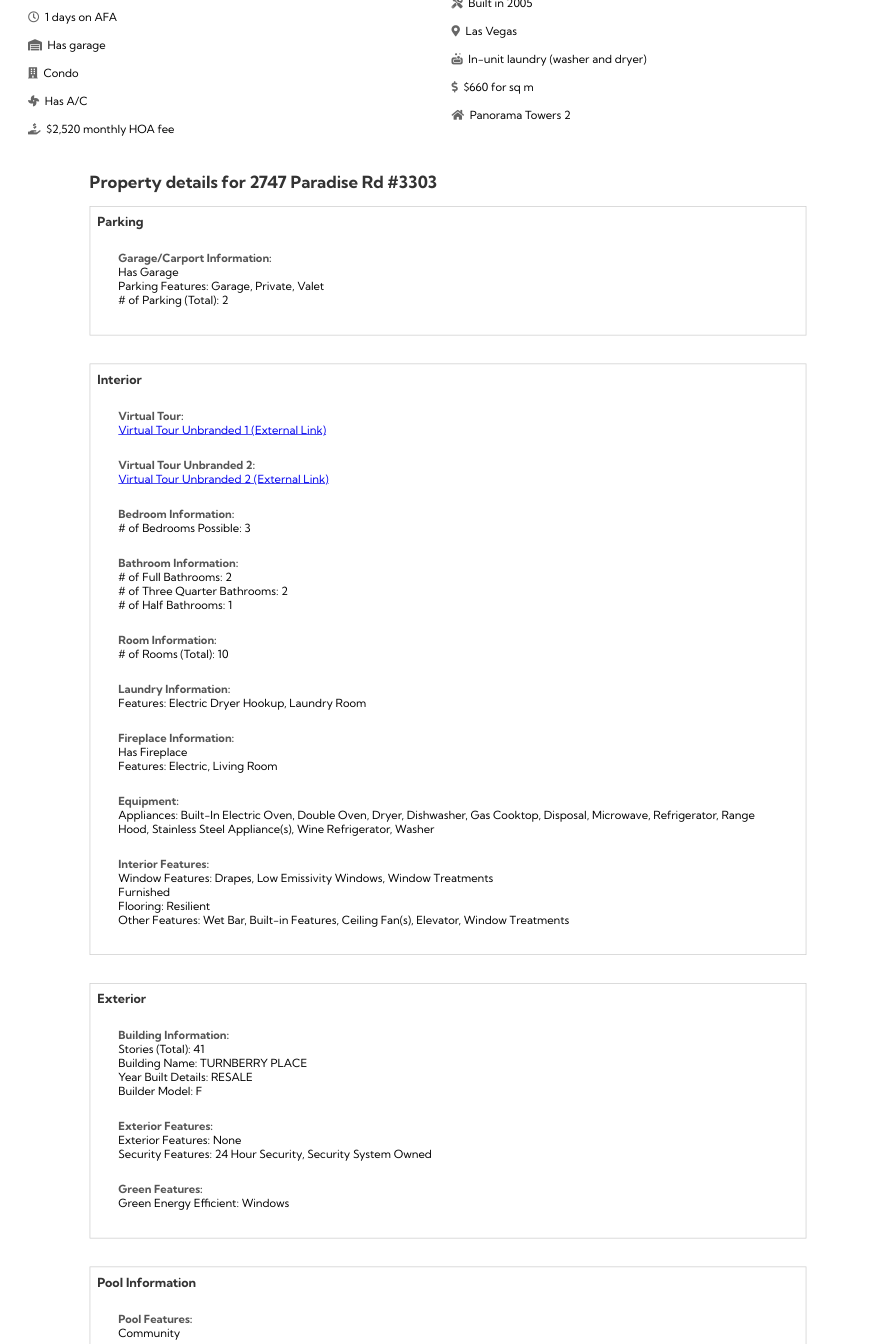
Repository: MrAllin1/ProgWWW_23_Gr1
Page: pages/Apartment8.html
The author's editor kept a copy of each file at every save. The page is drawn from the files as they stood at one save, then again after the next save.
The browser window is 1280 px wide. The pictures show the part of the page from y = 936 to 2856 px (the page is 4510 px tall before and 4450 px after), at 70% of full size.
A picture or video elsewhere on the page could not be fetched, so the positions and the page height are approximate. Some web libraries are served in a nearby version.

Above is the page before, as saved 2024-01-11 13:55:03.

### pages/Apartment8.html
<!DOCTYPE html>
<html lang="en">
<head>
    <meta charset="UTF-8">
    <meta name="viewport" content="width=device-width, initial-scale=1.0">
    <link rel="stylesheet" type="text/css" href="../pages/stylesForHouse.css">
    <script src="https://kit.fontawesome.com/186711ed6a.js" crossorigin="anonymous"></script>
    <link rel="preconnect" href="https://fonts.googleapis.com">
    <link rel="preconnect" href="https://fonts.gstatic.com" crossorigin>
    <link href="https://fonts.googleapis.com/css2?family=Kumbh+Sans:wght@400;700&display=swap" rel="stylesheet">
    <link rel="stylesheet" href="https://cdnjs.cloudflare.com/ajax/libs/font-awesome/5.15.1/css/all.min.css">
    <title>Apartment on Miami</title>
</head>
<body>
    <nav class="navbar">
        <div class="navbar_container">
            <a href="/" id="navbar_logo"> <i class="fas fa-house-flag"></i>AFA</a>
            <div class="navbar_toggle" id="mobile-menu">
                <span class="bar"></span>
                <span class="bar"></span>
                <span class="bar"></span>
            </div>
            <ul class="navbar_menu">
                <li class="navbar_item">
                    <a href="#home" class="navbar_link">Home</a>
                </li>
                <li class="navbar_item">
                    <a href="#services" class="navbar_link">Services</a>
                </li>
                <li class="navbar_item">
                    <a href="/pages/BuyRent.html" class="navbar_link">Buy/Rent</a>
                </li>
                <li class="navbar_item">
                    <a href="/pages/sell.html" class="navbar_link">Sell</a>
                </li>
                <li class="navbar_btn">
                    <a href="/pages/signUp.html" class="button">Sign Up</a>
                </li>
            </ul>
        </div>
    </nav>
    <div class="gallery-container">
        <h1>Welcome to the Miami, FL 33132 Apartment</h1> </br>
        <a href="https://www.google.com/maps?q=900+Biscayne+Blvd+Ph+6301,+Miami,+FL+33132" target="_blank" class="services_link">900 Biscayne Blvd Ph 6301, Miami, FL 33132</a>
        <p>$3,300,000</p>
        <span>297 square meters</span>
        <div class="gallery">
            <img src="/images/Apartment_8/item_1.jpg" alt="Image 1" />
            <img src="/images/Apartment_8/item_2.jpg" alt="Image 2" />
            <img src="/images/Apartment_8/item_3.jpg" alt="Image 3" />
            <img src="/images/Apartment_8/item_4.jpg" alt="Image 4" />
            <img src="/images/Apartment_8/item_5.jpg" alt="Image 5" />
            <img src="/images/Apartment_8/item_6.jpg" alt="Image 6" />
            <img src="/images/Apartment_8/item_7.jpg" alt="Image 7" />
            <img src="/images/Apartment_8/item_8.jpg" alt="Image 8" />
            <img src="/images/Apartment_8/item_9.jpg" alt="Image 9" />
            <img src="/images/Apartment_8/item_10.jpg" alt="Image 10" />
            <img src="/images/Apartment_8/item_11.jpg" alt="Image 11" />
            <img src="/images/Apartment_8/item_12.jpg" alt="Image 12" />
            <img src="/images/Apartment_8/item_13.jpg" alt="Image 13" />
            <img src="/images/Apartment_8/item_14.jpg" alt="Image 14" />
            <img src="/images/Apartment_8/item_15.jpg" alt="Image 15" />
            <img src="/images/Apartment_8/item_16.jpg" alt="Image 16" />
            <img src="/images/Apartment_8/item_17.jpg" alt="Image 17" />
            <img src="/images/Apartment_8/item_18.jpg" alt="Image 18" />
            <img src="/images/Apartment_8/item_19.jpg" alt="Image 19" />
            <img src="/images/Apartment_8/item_20.jpg" alt="Image 20" />
        </div>

          <button class="arrow-button left">&#8249;</button>
          <button class="arrow-button right">&#8250;</button>
          <p><strong> About this home </strong></br> Elevate your living with this true Penthouse, offering unparalleled panoramic views of the bay, ocean, and city from every room. This exquisite 4-bed, 4.5-bath plus a maids quarter residence is an entertainer's dream, featuring a sprawling wrap-around terrace perfect for enjoying the breathtaking scenery. Located in the heart of Downtown Miami with upscale shops, and fine dining, Miami Arena, and Perez Art Museum. This high-rise offers top-notch amenities, such as multiple pools, a rejuvenating spa, a state-of-the-art fitness center, convenient grill stations, and even a theater for private screenings. Experience the pinnacle of elevated living in Downtown Miami. With just a short distance to South Beach and Miami International Airport, this is the epitome of sophisticated city living.</p>
    </div>
</br>
    <div class="property-features">
      <div class="feature">
        <i class="far fa-clock"></i> 1 days on AFA
      </div>
      <div class="feature">
        <i class="fas fa-warehouse"></i> Has garage
      </div>
      <div class="feature">
        <i class="fas fa-building"></i> Condo
      </div>
      <div class="feature">
        <i class="fas fa-fan"></i> Has A/C
      </div>
      <div class="feature">
        <i class="fas fa-hand-holding-usd"></i> $2,520 monthly HOA fee
      </div>
      <div class="feature">
        <i class="fas fa-tools"></i> Built in 2005
      </div>
      <div class="feature">
        <i class="fas fa-map-marker-alt"></i> Las Vegas
      </div>
      <div class="feature">
        <i class="fas fa-soap"></i>In-unit laundry (washer and dryer)
      </div>
      <div class="feature">
        <i class="fas fa-dollar-sign"></i> $660 for sq m
    </div>
      <div class="feature">
        <i class="fas fa-home"></i> Panorama Towers 2
      </div>
    </div>

    <div class="container">
        <h1>Property details for 2747 Paradise Rd #3303</h1>

        <!-- Parking Section -->
        <div class="details">
            <div class="section">
                <h2>Parking</h2>
                <ul>
                    <li>
                        <strong>Garage/Carport Information:</strong><br>
                        Has Garage<br>
                        Parking Features: Garage, Private, Valet<br>
                        # of Parking (Total): 2
                    </li>
                </ul>
            </div>
        </div>

        <!-- Interior Section -->
        <div class="details">
            <div class="section">
                <h2>Interior</h2>
                <ul>
                    <li><strong>Virtual Tour:</strong><br><a href="VirtualTourURLUnbranded1" target="_blank" rel="noopener noreferrer">Virtual Tour Unbranded 1 (External Link)</a></li>
                    <li><strong>Virtual Tour Unbranded 2:</strong><br><a href="VirtualTourURLUnbranded2" target="_blank" rel="noopener noreferrer">Virtual Tour Unbranded 2 (External Link)</a></li>
                    <li><strong>Bedroom Information:</strong><br># of Bedrooms Possible: 3</li>
                    <li><strong>Bathroom Information:</strong><br># of Full Bathrooms: 2<br># of Three Quarter Bathrooms: 2<br># of Half Bathrooms: 1</li>
                    <li><strong>Room Information:</strong><br># of Rooms (Total): 10</li>
                    <li><strong>Laundry Information:</strong><br>Features: Electric Dryer Hookup, Laundry Room</li>
                    <li><strong>Fireplace Information:</strong><br>Has Fireplace<br>Features: Electric, Living Room</li>
                    <li><strong>Equipment:</strong><br>Appliances: Built-In Electric Oven, Double Oven, Dryer, Dishwasher, Gas Cooktop, Disposal, Microwave, Refrigerator, Range Hood, Stainless Steel Appliance(s), Wine Refrigerator, Washer</li>
                    <li><strong>Interior Features:</strong><br>Window Features: Drapes, Low Emissivity Windows, Window Treatments<br>Furnished<br>Flooring: Resilient<br>Other Features: Wet Bar, Built-in Features, Ceiling Fan(s), Elevator, Window Treatments</li>
                </ul>
            </div>
        </div>

        <!-- Exterior Section -->
        <div class="details">
            <div class="section">
                <h2>Exterior</h2>
                <ul>
                    <li><strong>Building Information:</strong><br>Stories (Total): 41<br>Building Name: TURNBERRY PLACE<br>Year Built Details: RESALE<br>Builder Model: F</li>
                    <li><strong>Exterior Features:</strong><br>Exterior Features: None<br>Security Features: 24 Hour Security, Security System Owned</li>
                    <li><strong>Green Features:</strong><br>Green Energy Efficient: Windows</li>
                </ul>
            </div>
        </div>

        <!-- Pool Information -->
        <div class="details">
            <div class="section">
                <h2>Pool Information</h2>
                <ul>
                    <li><strong>Pool Features:</strong><br>Community</li>
                </ul>
            </div>
        </div>

        <!-- Property Information -->
        <div class="details">
            <div class="section">
                <h2>Property Information</h2>
                <ul>
                    <li><strong>Has View</strong><br>Entry Level: 33<br>Resale</li>
                </ul>
            </div>
        </div>

        <!-- Financial Section -->
        <div class="details">
            <div class="section">
                <h2>Financial</h2>
                <ul>
                    <li><strong>Tax Information:</strong><br>Annual Amount: $13,725</li>
                </ul>
            </div>
        </div>

        <!-- Utilities Section -->
        <div class="details">
            <div class="section">
                <h2>Utilities</h2>
                <ul>
                    <li><strong>Utility Information:</strong><br>Utilities: Cable Available</li>
                </ul>
            </div>
        </div>

        <!-- Heating & Cooling Section -->
        <div class="details">
            <div class="section">
                <h2>Heating & Cooling</h2>
                <ul>
                    <li><strong>Has Cooling</strong><br>Cooling: Electric, High Efficiency</li>
                    <li><strong>Has Heating</strong><br>Heating: Central, Gas</li>
                </ul>
            </div>
        </div>
    </div>



      <div class="container">
        <h1>About climate risks</h1>
        <p>Climate risks have some of natural disasters and may be impacted by climate change due to rising temperatures and sea levels.</p>

        <div class="risk-factor" id="floodRisk">
            <h2>Flood Factor</h2>
            <p>Unlikely to flood in next 50 years.</p>
        </div>

        <div class="risk-factor" id="fireRisk">
            <h2>Fire Factor</h2>
            <p>Unlikely to be in a wildfire in next 50 years.</p>
        </div>

        <div class="risk-factor" id="heatRisk">
            <h2>Heat Factor</h2>
            <p>7 days above 99° expected this year, 14 days in 30 years.</p>
        </div>
    </div>
    <div class="footer_container">
        <div class="footer_links">
            <div class="footer_link-wrapper">
                <div class="footer_link-items">
                    <h2>About Us</h2>
                    <a href="/">How it works</a>
                    <a href="/">Testimonials</a>
                    <a href="/">Careers</a>
                    <a href="/">Terms of Service</a>
                </div>
                <div class="footer_link-items">
                    <h2>Contact Us</h2>
                    <a href="/">Contact</a>
                    <a href="/">Support</a>
                    <a href="/">Thro Gmail</a>
                    <a href="/">Phone number</a>
                </div>
            </div>
            <div class="footer_link-wrapper">
                <div class="footer_link-items">
                    <h2>Partners</h2>
                    <a href="/">A RealEstate</a>
                    <a href="/">B RealEstate</a>
                    <a href="/">C RealEstate</a>
                    <a href="/">D RealEstate</a>
                </div>
                <div class="footer_link-items">
                    <h2>Social media</h2>
                    <a href="https://www.instagram.com" target="_blank">Instagram</a>
                    <a href="https://www.facebook.com" target="_blank">Facebook</a>
                    <a href="https://www.linkedin.com" target="_blank">LinkedIn</a>
                    <a href="https://www.twitter.com" target="_blank">Twitter</a>
                </div>
            </div>
        </div>
        <div class="social_media">
            <div class="social_media-wrap">
                <div class="footer_logo">
                    <a href="/" id="footer_logo"> <i class="fas fa-house-flag"></i>AFA</a>
                </div>
                <p class="website_rights">AFA © 2023.All rights reserved</p>
                <div class="social_icons">
                    <a href="/" class="social_icon_link" target="_blank"><i class="fab fa-facebook"></i></a>
                    <a href="https://www.instagram.com" class="social_icon_link" target="_blank"><i class="fab fa-instagram"></i></a>
                    <a href="https://www.facebook.com" class="social_icon_link" target="_blank"><i class="fab fa-youtube"></i></a>
                    <a href="https://www.twitter.com" class="social_icon_link" target="_blank"><i class="fab fa-twitter"></i></a>
                    <a href="https://www.linkedin.com" class="social_icon_link" target="_blank"><i class="fab fa-linkedin"></i></a>
                </div>
            </div>
        </div>
    </div>

    <script src="../app.js"></script>

</body>
</html>

Loaded but not shown: app.js (155 lines, source omitted); pages/stylesForHouse.css (778 lines, source omitted)

After the next save:
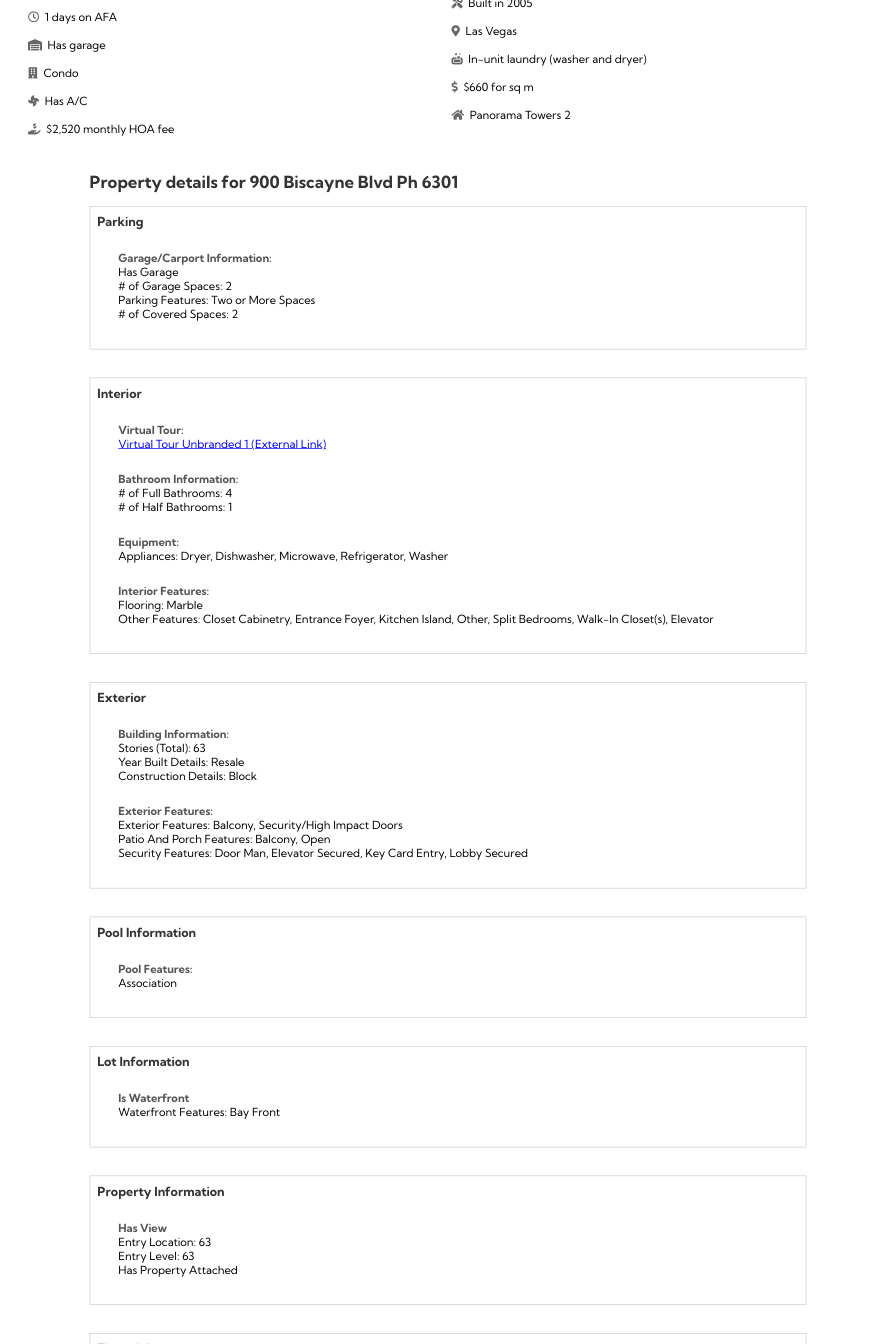
Saved 70 s later.
--- a/pages/Apartment8.html
+++ b/pages/Apartment8.html
@@ -106,7 +106,7 @@
     </div>
 
     <div class="container">
-        <h1>Property details for 2747 Paradise Rd #3303</h1>
+        <h1>Property details for 900 Biscayne Blvd Ph 6301</h1>
 
         <!-- Parking Section -->
         <div class="details">
@@ -116,8 +116,9 @@
                     <li>
                         <strong>Garage/Carport Information:</strong><br>
                         Has Garage<br>
-                        Parking Features: Garage, Private, Valet<br>
-                        # of Parking (Total): 2
+                        # of Garage Spaces: 2<br>
+                        Parking Features: Two or More Spaces<br>
+                        # of Covered Spaces: 2
                     </li>
                 </ul>
             </div>
@@ -128,15 +129,10 @@
             <div class="section">
                 <h2>Interior</h2>
                 <ul>
-                    <li><strong>Virtual Tour:</strong><br><a href="VirtualTourURLUnbranded1" target="_blank" rel="noopener noreferrer">Virtual Tour Unbranded 1 (External Link)</a></li>
-                    <li><strong>Virtual Tour Unbranded 2:</strong><br><a href="VirtualTourURLUnbranded2" target="_blank" rel="noopener noreferrer">Virtual Tour Unbranded 2 (External Link)</a></li>
-                    <li><strong>Bedroom Information:</strong><br># of Bedrooms Possible: 3</li>
-                    <li><strong>Bathroom Information:</strong><br># of Full Bathrooms: 2<br># of Three Quarter Bathrooms: 2<br># of Half Bathrooms: 1</li>
-                    <li><strong>Room Information:</strong><br># of Rooms (Total): 10</li>
-                    <li><strong>Laundry Information:</strong><br>Features: Electric Dryer Hookup, Laundry Room</li>
-                    <li><strong>Fireplace Information:</strong><br>Has Fireplace<br>Features: Electric, Living Room</li>
-                    <li><strong>Equipment:</strong><br>Appliances: Built-In Electric Oven, Double Oven, Dryer, Dishwasher, Gas Cooktop, Disposal, Microwave, Refrigerator, Range Hood, Stainless Steel Appliance(s), Wine Refrigerator, Washer</li>
-                    <li><strong>Interior Features:</strong><br>Window Features: Drapes, Low Emissivity Windows, Window Treatments<br>Furnished<br>Flooring: Resilient<br>Other Features: Wet Bar, Built-in Features, Ceiling Fan(s), Elevator, Window Treatments</li>
+                    <li><strong>Virtual Tour:</strong><br><a href="VirtualTourUnbranded1" target="_blank" rel="noopener noreferrer">Virtual Tour Unbranded 1 (External Link)</a></li>
+                    <li><strong>Bathroom Information:</strong><br># of Full Bathrooms: 4<br># of Half Bathrooms: 1</li>
+                    <li><strong>Equipment:</strong><br>Appliances: Dryer, Dishwasher, Microwave, Refrigerator, Washer</li>
+                    <li><strong>Interior Features:</strong><br>Flooring: Marble<br>Other Features: Closet Cabinetry, Entrance Foyer, Kitchen Island, Other, Split Bedrooms, Walk-In Closet(s), Elevator</li>
                 </ul>
             </div>
         </div>
@@ -146,9 +142,8 @@
             <div class="section">
                 <h2>Exterior</h2>
                 <ul>
-                    <li><strong>Building Information:</strong><br>Stories (Total): 41<br>Building Name: TURNBERRY PLACE<br>Year Built Details: RESALE<br>Builder Model: F</li>
-                    <li><strong>Exterior Features:</strong><br>Exterior Features: None<br>Security Features: 24 Hour Security, Security System Owned</li>
-                    <li><strong>Green Features:</strong><br>Green Energy Efficient: Windows</li>
+                    <li><strong>Building Information:</strong><br>Stories (Total): 63<br>Year Built Details: Resale<br>Construction Details: Block</li>
+                    <li><strong>Exterior Features:</strong><br>Exterior Features: Balcony, Security/High Impact Doors<br>Patio And Porch Features: Balcony, Open<br>Security Features: Door Man, Elevator Secured, Key Card Entry, Lobby Secured</li>
                 </ul>
             </div>
         </div>
@@ -158,7 +153,17 @@
             <div class="section">
                 <h2>Pool Information</h2>
                 <ul>
-                    <li><strong>Pool Features:</strong><br>Community</li>
+                    <li><strong>Pool Features:</strong><br>Association</li>
+                </ul>
+            </div>
+        </div>
+
+        <!-- Lot Information -->
+        <div class="details">
+            <div class="section">
+                <h2>Lot Information</h2>
+                <ul>
+                    <li><strong>Is Waterfront</strong><br>Waterfront Features: Bay Front</li>
                 </ul>
             </div>
         </div>
@@ -168,7 +173,7 @@
             <div class="section">
                 <h2>Property Information</h2>
                 <ul>
-                    <li><strong>Has View</strong><br>Entry Level: 33<br>Resale</li>
+                    <li><strong>Has View</strong><br>Entry Location: 63<br>Entry Level: 63<br>Has Property Attached</li>
                 </ul>
             </div>
         </div>
@@ -178,7 +183,7 @@
             <div class="section">
                 <h2>Financial</h2>
                 <ul>
-                    <li><strong>Tax Information:</strong><br>Annual Amount: $13,725</li>
+                    <li><strong>Tax Information:</strong><br>Annual Amount: $33,562<br>Tax Year: 2022</li>
                 </ul>
             </div>
         </div>
@@ -188,23 +193,31 @@
             <div class="section">
                 <h2>Utilities</h2>
                 <ul>
-                    <li><strong>Utility Information:</strong><br>Utilities: Cable Available</li>
-                </ul>
-            </div>
-        </div>
-
-        <!-- Heating & Cooling Section -->
-        <div class="details">
-            <div class="section">
-                <h2>Heating & Cooling</h2>
-                <ul>
-                    <li><strong>Has Cooling</strong><br>Cooling: Electric, High Efficiency</li>
-                    <li><strong>Has Heating</strong><br>Heating: Central, Gas</li>
-                </ul>
-            </div>
-        </div>
-    </div>
-
+                    <li><strong>Heating & Cooling</strong><br>Has Cooling<br>Cooling: Central Air<br>Has Heating<br>Heating: Central</li>
+                </ul>
+            </div>
+        </div>
+
+        <!-- Location Section -->
+        <div class="details">
+            <div class="section">
+                <h2>Location</h2>
+                <ul>
+                    <li><strong>Multi Unit Information:</strong><br>Pets Allowed: Conditional, Yes</li>
+                </ul>
+            </div>
+        </div>
+
+        <!-- HOA Information -->
+        <div class="details">
+            <div class="section">
+                <h2>HOA Information</h2>
+                <ul>
+                    <li><strong>Association Fee:</strong> $2,915<br><strong>Association Fee Frequency:</strong> Monthly<br><strong>Association Fee Includes:</strong> Amenities, Cable TV, Internet, Maintenance Structure<br>Association Amenities: Billiard Room, Business Center, Fitness Center, Barbecue, Picnic Area, Pool, Sauna, Spa/Hot Tub</li>
+                </ul>
+            </div>
+        </div>
+    </div>
 
 
       <div class="container">
